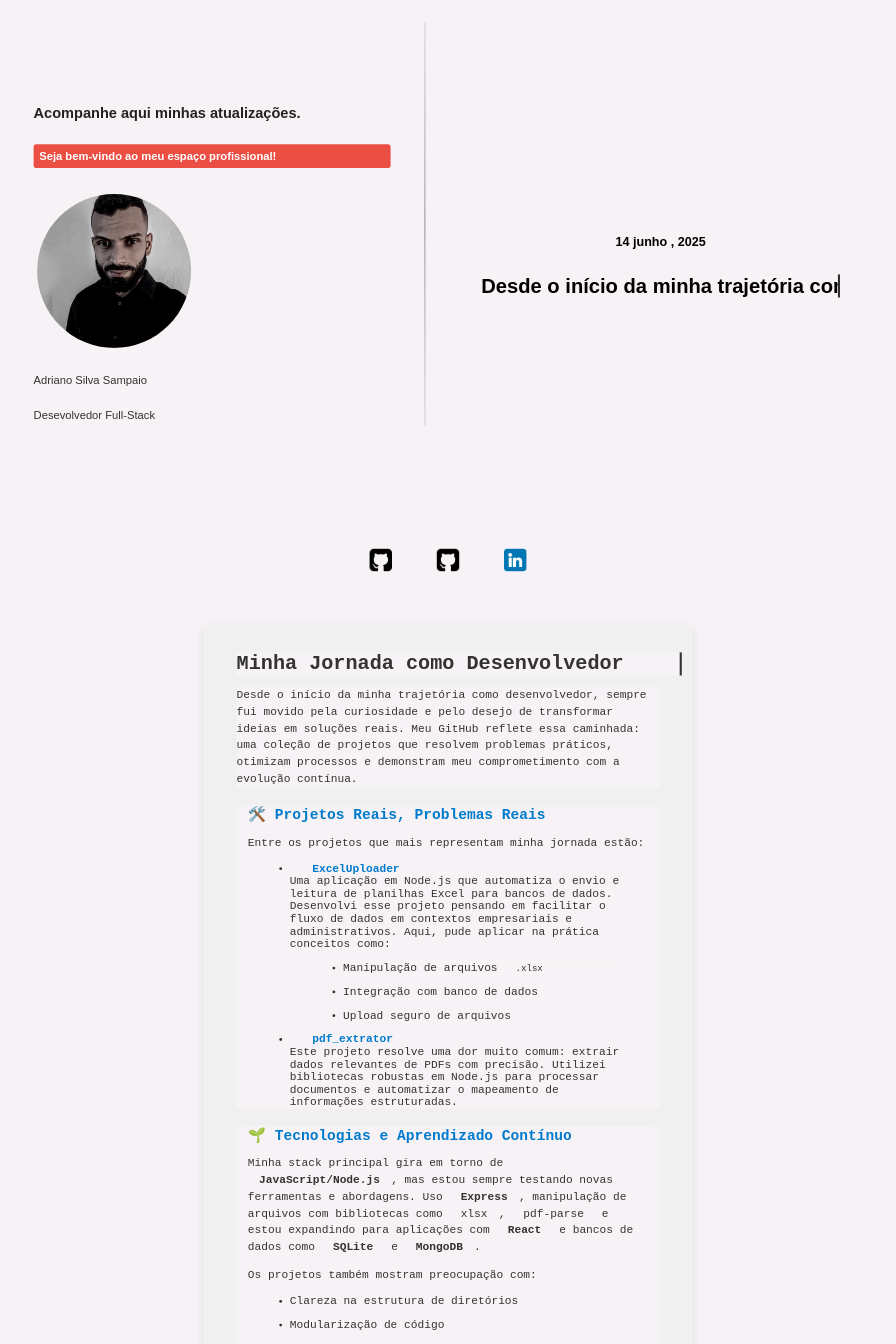
Repository: umdevadriano/portifolio2025
Page: /
An editor plug-in stored every save of this project. The page is shown before and after the next save, followed by the edit.
The browser window is 1280 px wide. The pictures show the part of the page from y = 0 to 1920 px (the page is 2803 px tall), at 70% of full size.
The project was rebuilt for these pictures with package versions that can differ from the ones it lists, and the page was loaded fresh each time. Also part of the build but not shown: vite.config.ts.

Above is the page before, as saved 2025-06-22 20:36:45.

### index.html
<!doctype html>
<html lang="en">
  <head>
    <meta charset="UTF-8" />
    <!-- <link rel="icon" type="image/svg+xml" href="/vite.svg" /> -->
    <meta name="viewport" content="width=device-width, initial-scale=1.0" />
    <title>Adriano Silva Sampaio </title>
  </head>
  <body>
    <div id="root"></div>
    <script type="module" src="/src/main.tsx"></script>
  </body>
</html>

### src/App.tsx
import './App.css'
import ContainerPrincipal from './componentes/containerPrincipal/ContainerPrincipal'
function App() {
  return (
    <>
      <ContainerPrincipal/>
    </>
  )
}

export default App

### src/componentes/containerPrincipal/ContainerPrincipal.tsx
import styled, { createGlobalStyle } from 'styled-components';
import Body from '../Body/Body';
import Footer from '../Footer/Footer';
import RedesSociais from '../redesSociais/redesSociais';
import github from '../redesSociais/github.png';
import linkedin from '../redesSociais/linkedin.png';
import ProfessionalStory from '../ProfessionalStory/ProfessionalStory';

const data = new Date();
const ano = data.getFullYear();
function ContainerPrincipal() {

  const redes = [
    { src: github, link: 'https://github.com/adrianodisam' },
    { src: github, link: 'https://github.com/umdevadriano' },
    { src: linkedin, link: 'https://www.linkedin.com/in/adriano-silva-sampaio/' }
  ];
  const GlobalStyle = createGlobalStyle`
    *, *::before, *::after {
    box-sizing: border-box;
    background-color: #f7f2f6;
    margin: 1rem;
  }

    html, body {
      margin: 0;
      padding: 0;
      overflow-x: hidden;
      width: 100%;
    }
  `;

  const Principal = styled.div`
    display: flex;
    justify-content: center;
    width: 100%;
    height: 100vh;
    font-family: 'Arial', sans-serif;
    overflow: hidden;
    margin: 0;
    padding: 0;

    @media (max-width: 768px) {
      display: flex;
      flex-direction: column;
      justify-items: center;
      justify-content: center;
      align-items: center;
    }


  `;
  return (
    <>
      <GlobalStyle />
      <Principal>
        <Body/>
      </Principal>
      <RedesSociais redes={redes}/>
      <ProfessionalStory/>
      <Footer>Desenvolvimento de Software<br />© {ano} Adriano Silva Sampaio</Footer>
    </>
  )
}
export default ContainerPrincipal

### src/componentes/Body/Body.tsx
import Principal from '../Principal/Principal';
import Title from '../Title/Title';
import Banner from '../Banner/Banner';
import ProfileWrapper from '../ProfileWrapper/ProfileWrapper';
import Profile from '../Profile/Profile';
import Role from '../Role/Role';
import Divider from '../Divider/Divider';
import RightSide from '../RightSide/RightSide';
import DateComponente from '../DateComponente/DateComponente';
import EmDesenvolvimento from '../EmDesenvolvimentoWrapper/EmDesenvolvimentoWrapper ';
const data = new Date();
const dia = String(data.getDate()).padStart(2, '0');
const mes = data.toLocaleString('pt-BR', { month: 'long' });
const ano = data.getFullYear();

function Cabecalho() {
  return (
    <>
      <Principal>
        <Title>Acompanhe aqui minhas atualizações.</Title>
        <Banner>Seja bem-vindo ao meu espaço profissional!</Banner>
        <ProfileWrapper>
          <Profile/>
        </ProfileWrapper>
        <Role> Adriano Silva Sampaio</Role>
        <Role> Desevolvedor  Full-Stack </Role>
      </Principal>
      <Divider />
      <RightSide>
        <DateComponente>{dia}  {mes} , {ano} </DateComponente>
        <EmDesenvolvimento/>
      </RightSide>
    </>
  )
}
export default Cabecalho

### src/componentes/Footer/Footer.tsx
import styled from 'styled-components';

type Props = {
  children: React.ReactNode;
};

function Footer({ children }: Props){

    const FooterP = styled.p`
        font-size: 1rem;
        color: #999;
        /* margin-top: auto; */
    `;
    const FooterDiv = styled.div`
       display: flex;
       justify-content: left;
       align-items: center;
    `;
    return (
        <>
            <FooterDiv>
                <FooterP>{children}</FooterP>
            </FooterDiv>
        </>
    )
}

export default Footer

### src/componentes/redesSociais/redesSociais.tsx
import styled from 'styled-components';

type RedeSocial = {
  src: string;
  link: string;
};

type Props = {
  redes: RedeSocial[];
};

const RedesSociaisDiv = styled.div`
  flex: 1;
  display: flex;
  justify-content: center;
  align-items: center;

  img {
    width: 2rem;
    height: 2rem;
    object-fit: contain;
    transition: transform 0.2s;
  }

  a:hover img {
    transform: scale(1.1);
  }
`;

function RedesSociais({ redes }: Props) {
  return (
    <RedesSociaisDiv>
      {redes.map((rede, index) => (
        <a
          key={index}
          href={rede.link}
          target="_blank"
          rel="noopener noreferrer"
        >
          <img src={rede.src} alt={`Ícone ${index + 1}`} />
        </a>
      ))}
    </RedesSociaisDiv>
  );
}

export default RedesSociais;

### src/componentes/ProfessionalStory/ProfessionalStory.tsx

import styled, { keyframes } from 'styled-components';

const typewriter = keyframes`
  from {
    width: 0;
  }
  to {
    width: 100%;
  }
`;

const blink = keyframes`
  50% {
    border-color: transparent;
  }
`;

const Container = styled.section`
  font-family: 'Courier New', Courier, monospace;
  color: #333;
  background: #f0f0f0;
  padding: 24px 32px;
  max-width: 700px;
  margin: 40px auto;
  border-radius: 8px;
  box-shadow: 0 4px 10px rgba(0,0,0,0.1);
`;

const Title = styled.h1`
  font-size: 1.8rem;
  margin-bottom: 1rem;
  border-right: 3px solid #333;
  white-space: nowrap;
  overflow: hidden;
  width: 18ch;
  animation: ${typewriter} 2.5s steps(18) 1 forwards,
             ${blink} 0.75s step-end infinite;
`;

const Section = styled.div`
  margin-top: 1.6rem;
`;

const SectionTitle = styled.h2`
  font-size: 1.3rem;
  margin-bottom: 0.6rem;
  color: #007acc;
`;

const Paragraph = styled.p`
  font-size: 1rem;
  line-height: 1.5;
  margin-bottom: 1rem;
`;

const List = styled.ul`
  margin-left: 20px;
  margin-bottom: 1rem;
  list-style-type: disc;
`;

const Link = styled.a`
  color: #007acc;
  text-decoration: none;
  font-weight: 600;

  &:hover {
    text-decoration: underline;
  }
`;

export default function ProfessionalStory() {
  return (
    <Container>
      <Title>Minha Jornada como Desenvolvedor</Title>

      <Paragraph>
        Desde o início da minha trajetória como desenvolvedor, sempre fui movido pela curiosidade e pelo desejo de transformar ideias em soluções reais. Meu GitHub reflete essa caminhada: uma coleção de projetos que resolvem problemas práticos, otimizam processos e demonstram meu comprometimento com a evolução contínua.
      </Paragraph>

      <Section>
        <SectionTitle>🛠️ Projetos Reais, Problemas Reais</SectionTitle>
        <Paragraph>Entre os projetos que mais representam minha jornada estão:</Paragraph>

        <List>
          <li>
            <strong>
              <Link href="https://github.com/umdevadriano/ExcelUploader" target="_blank" rel="noopener noreferrer">
                ExcelUploader
              </Link>
            </strong>
            <br />
            Uma aplicação em Node.js que automatiza o envio e leitura de planilhas Excel para bancos de dados. Desenvolvi esse projeto pensando em facilitar o fluxo de dados em contextos empresariais e administrativos. Aqui, pude aplicar na prática conceitos como:
            <List>
              <li>Manipulação de arquivos <code>.xlsx</code></li>
              <li>Integração com banco de dados</li>
              <li>Upload seguro de arquivos</li>
            </List>
          </li>

          <li>
            <strong>
              <Link href="https://github.com/umdevadriano/pdf_extrator" target="_blank" rel="noopener noreferrer">
                pdf_extrator
              </Link>
            </strong>
            <br />
            Este projeto resolve uma dor muito comum: extrair dados relevantes de PDFs com precisão. Utilizei bibliotecas robustas em Node.js para processar documentos e automatizar o mapeamento de informações estruturadas.
          </li>
        </List>
      </Section>

      <Section>
        <SectionTitle>🌱 Tecnologias e Aprendizado Contínuo</SectionTitle>
        <Paragraph>
          Minha stack principal gira em torno de <strong>JavaScript/Node.js</strong>, mas estou sempre testando novas ferramentas e abordagens. Uso <strong>Express</strong>, manipulação de arquivos com bibliotecas como <code>xlsx</code>, <code>pdf-parse</code> e estou expandindo para aplicações com <strong>React</strong> e bancos de dados como <strong>SQLite</strong> e <strong>MongoDB</strong>.
        </Paragraph>
        <Paragraph>Os projetos também mostram preocupação com:</Paragraph>
        <List>
          <li>Clareza na estrutura de diretórios</li>
          <li>Modularização de código</li>
          <li>Reaproveitamento de componentes e funções</li>
        </List>
      </Section>

      <Section>
        <SectionTitle>📈 Padrão de Contribuição</SectionTitle>
        <Paragraph>
          Minha contribuição é pautada na entrega de soluções funcionais e escaláveis. Prefiro projetos que resolvam um problema concreto e que possam ser utilizados no dia a dia. Além disso, sempre que possível, mantenho os repositórios documentados e com instruções claras de uso.
        </Paragraph>
      </Section>

      <Section>
        <SectionTitle>🧩 Favoritos que Me Inspiram</SectionTitle>
        <Paragraph>Além dos meus próprios projetos, mantenho uma seleção de repositórios favoritos com foco em:</Paragraph>
        <List>
          <li>Templates de SaaS</li>
          <li>Boas práticas em React e Node</li>
          <li>Repositórios que ensinam com exemplos práticos</li>
        </List>
        <Paragraph>
          Esses favoritos refletem o que busco constantemente: <strong>evoluir como dev, tanto no back-end quanto no front-end, sem perder o foco na experiência do usuário final.</strong>
        </Paragraph>
      </Section>

      <Section>
        <SectionTitle>🧠 O Que Me Motiva</SectionTitle>
        <Paragraph>
          Gosto de resolver problemas do mundo real. Desde pequenas automações até ferramentas que impactam um processo maior — como controle de gastos em obras — tudo começa com uma ideia e a vontade de fazer melhor. Tenho como meta desenvolver soluções que possam ajudar tanto uma grande construtora quanto alguém construindo sua própria casa.
        </Paragraph>
      </Section>
    </Container>
  );
}

### src/componentes/Principal/Principal.tsx
import styled from 'styled-components';

type Props = {
  children: React.ReactNode;
};

function Principal({ children }: Props){

    const Principal_div = styled.div`
        flex: 1;
        display: flex;
        flex-direction: column;
        justify-content: center;
    `;
    return (
        <>
        <Principal_div>  {children}</Principal_div>
        </>
    )
}

export default Principal

### src/componentes/Title/Title.tsx
import styled from 'styled-components';

type Props = {
  children: React.ReactNode;
};

function Title({ children }: Props){

    const TitleH2 = styled.h2`
        font-size: 1.3rem;
        margin-bottom: 1rem;
        color: #222;

        @media (max-width: 768px) {
          margin-top: 5rem;
        }
  `;
    return (
        <>
        <TitleH2>{children}</TitleH2>
        </>
    )
}

export default Title

### src/componentes/Banner/Banner.tsx
import styled from 'styled-components';

type Props = {
  children: React.ReactNode;
};

function Banner({ children }: Props){

    const BannerDiv = styled.div`
        background-color: #eb4f44;
        color: white;
        padding: 0.5rem;
        font-weight: bold;
        font-size: 16px;
        display: inline-block;
        border-radius: 4px;
    `;
    return (
        <>
        <BannerDiv>{children}</BannerDiv>
        </>
    )
}

export default Banner

### src/componentes/ProfileWrapper/ProfileWrapper.tsx
import styled from 'styled-components';

type Props = {
  children: React.ReactNode;
};

function ProfileWrapper({ children }: Props){

  // Wrapper da imagem com efeito de borda girando
  const ProfileWrapperDiv = styled.div`
    position: relative;
    width: 230px;
    height: 230px;
    display: flex;
    align-items: center;
    margin-top:1rem;
    justify-content: center;
  `;

    return (
        <>
        <ProfileWrapperDiv>{children}</ProfileWrapperDiv>
        </>
    )
}

export default ProfileWrapper

### src/componentes/Profile/Profile.tsx
import styled from 'styled-components';
import foto from '../assets/foto2.png'

function Profile(){

    const ProfileImg = styled.img`
        width: 220px;
        height: 220px;
        border-radius: 50%;
        object-fit: cover;
        background-color: white;
        z-index: 1;
        filter: grayscale(60%) contrast(110%);
        @media (max-width: 768px) {
            width: 200px;
            height: 200px;
        }
        @media (max-width: 480px) {
            width: 200px;
            height: 200px;
        }
    `;
    return (
        <>
        <ProfileImg src={foto} alt="Foto de perfil"></ProfileImg>
        </>
    )
}

export default Profile

### src/componentes/Role/Role.tsx
import styled from 'styled-components';

type Props = {
  children: React.ReactNode;
};

function Role({ children }: Props){
    const RoleP = styled.p`
        font-size: 16px;
        font-weight: 500;
        color: #333;
    `;
    return (
        <>
        <RoleP>{children}</RoleP>
        </>
    )
}
export default Role

### src/componentes/Divider/Divider.tsx
import styled from 'styled-components';

function Divider(){

    const DividerDiv = styled.div`
        width: 2px;
        height: 80%;
        background: linear-gradient(
            to bottom,
            rgba(0, 0, 0, 0.1),
            rgba(0, 0, 0, 0.3),
            rgba(0, 0, 0, 0.1)
        );
        border-radius: 1px;
        position: relative;
        overflow: hidden;
        &::after {
            content: "";
            position: absolute;
            top: 0;
            left: 0;
            width: 100%;
            height: 100%;
            background: linear-gradient(
                to bottom,
                transparent 40%,
                rgba(255, 255, 255, 0.7) 50%,
                transparent 60%
            );
                animation: shine 3.8s linear infinite;
                pointer-events: none;
         }

        @keyframes shine {
            0% {
            transform: translateY(-100%);
            }
            100% {
            transform: translateY(100%);
            }
        }
    `;
    return (
        <>
        <DividerDiv></DividerDiv>
        </>
    )
}

export default Divider

### src/componentes/RightSide/RightSide.tsx
import styled from 'styled-components';
type Props = {
  children: React.ReactNode;
};

function RightSide({ children }: Props){
    const RightSideDiv = styled.div`
        flex: 1;
        padding: 32px;
        display: flex;
        flex-direction: column;
        justify-content: center;
        align-items: center;
    `;

    return (
        <>
        <RightSideDiv>{children}</RightSideDiv>
        </>
    )
}

export default RightSide

### src/componentes/DateComponente/DateComponente.tsx
import styled from 'styled-components';
type Props = {
  children: React.ReactNode;
};
function Date({ children }: Props){
    const DateP = styled.p`
        font-size: 18px;
        font-weight: bold;
        margin-bottom: 12px;
        padding: 0.5rem;
    `;
    return (
        <>
        <DateP>{children}</DateP>
        </>
    )
}
export default Date

### src/componentes/EmDesenvolvimentoWrapper/EmDesenvolvimentoWrapper .tsx
import styled, { keyframes } from 'styled-components';
const texto: string = `Desde o início da minha trajetória como desenvolvedor,
                      sempre fui movido pela curiosidade e pelo desejo de transformar ideias em soluções reais.
                      Meu GitHub reflete essa caminhada: uma coleção de projetos que resolvem problemas práticos,
                        otimizam processos e demonstram meu comprometimento com a evolução contínua.`;

const typewriter = keyframes`
  from {
    width: 0;
  }
  to {
    width: 32ch; // Aqui define o tamanho real
  }
`;

const blink = keyframes`
  50% {
    border-color: transparent;
  }
`;

const Title = styled.h1`
  font-size: 1.8rem;
  margin-bottom: 1rem;
  border-right: 3px solid #333;
  white-space: nowrap;
  overflow: hidden;
  width: 18ch;
  animation: ${typewriter} 2.5s steps(51) 1 forwards,
             ${blink} 0.75s step-end infinite;
`;

function EmDesenvolvimento() {

  return <Title>
    {texto}
  </Title>;
}

export default EmDesenvolvimento;

Loaded but not shown: src/main.tsx (common file); src/App.css (no stored copy; drawn as an empty file); src/index.css (no stored copy; drawn as an empty file)

After the next save:
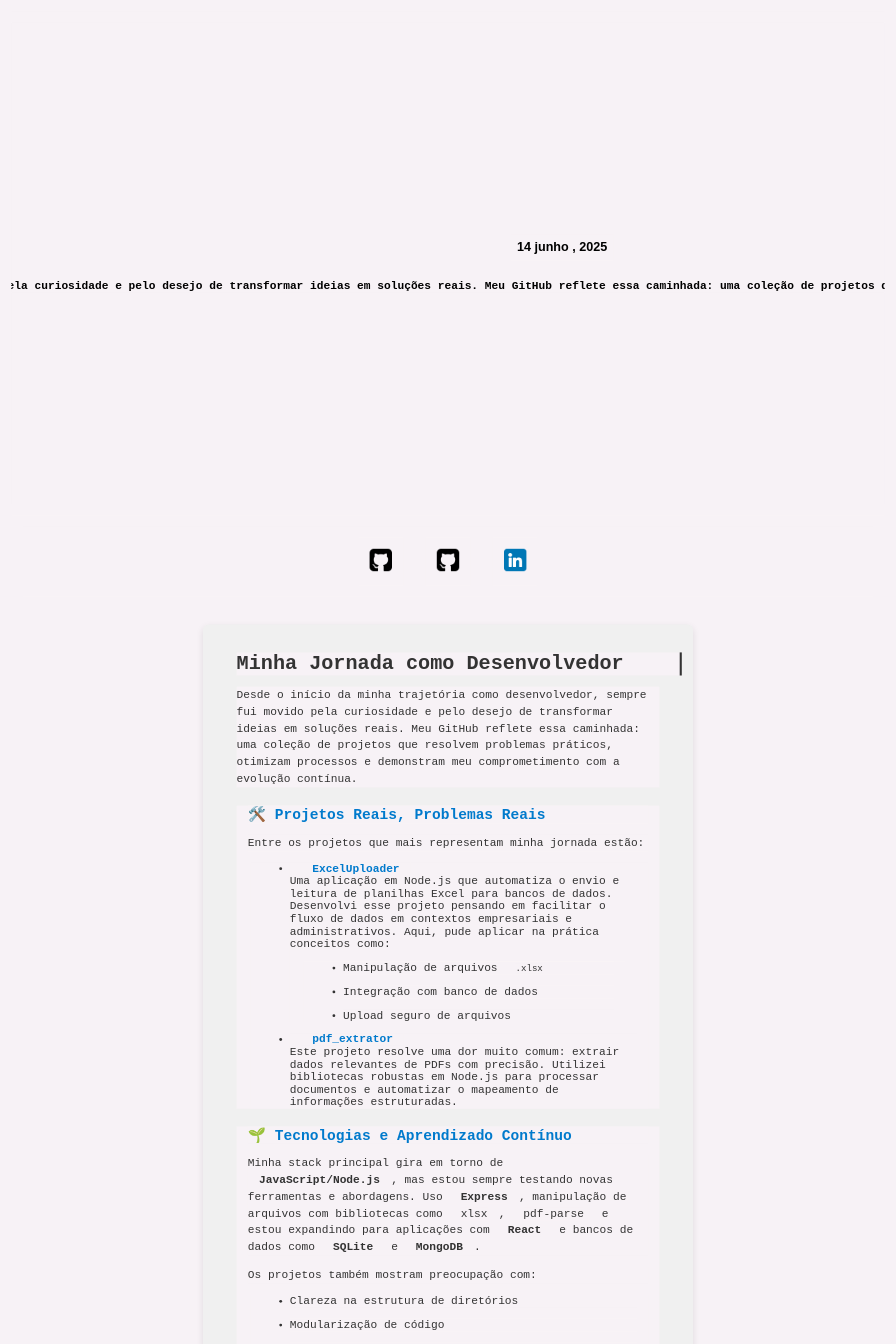
Saved 4 min 57 s later.
--- a/src/componentes/EmDesenvolvimentoWrapper/EmDesenvolvimentoWrapper .tsx
+++ b/src/componentes/EmDesenvolvimentoWrapper/EmDesenvolvimentoWrapper .tsx
@@ -1,17 +1,5 @@
+
 import styled, { keyframes } from 'styled-components';
-const texto: string = `Desde o início da minha trajetória como desenvolvedor,
-                      sempre fui movido pela curiosidade e pelo desejo de transformar ideias em soluções reais.
-                      Meu GitHub reflete essa caminhada: uma coleção de projetos que resolvem problemas práticos,
-                        otimizam processos e demonstram meu comprometimento com a evolução contínua.`;
-
-const typewriter = keyframes`
-  from {
-    width: 0;
-  }
-  to {
-    width: 32ch; // Aqui define o tamanho real
-  }
-`;
 
 const blink = keyframes`
   50% {
@@ -19,22 +7,31 @@ const blink = keyframes`
   }
 `;
 
-const Title = styled.h1`
-  font-size: 1.8rem;
+const createTypewriter = (length: number) => keyframes`
+  from {
+    width: 0;
+  }
+  to {
+    width: ${length}ch;
+  }
+`;
+
+const Title = styled.h1<{ length: number }>`
+  font-size: 1rem;
   margin-bottom: 1rem;
-  border-right: 3px solid #333;
+  border-right: 2px solid #333;
   white-space: nowrap;
   overflow: hidden;
-  width: 18ch;
-  animation: ${typewriter} 2.5s steps(51) 1 forwards,
+  width: ${(props) => props.length}ch;
+  animation: ${(props) => createTypewriter(props.length)} 4s steps(${(props) => props.length}) 1 forwards,
              ${blink} 0.75s step-end infinite;
+  font-family: 'Courier New', Courier, monospace;
 `;
 
+const texto = `Desde o início da minha trajetória como desenvolvedor, sempre fui movido pela curiosidade e pelo desejo de transformar ideias em soluções reais. Meu GitHub reflete essa caminhada: uma coleção de projetos que resolvem problemas práticos, otimizam processos e demonstram meu comprometimento com a evolução contínua.`;
+
 function EmDesenvolvimento() {
-
-  return <Title>
-    {texto}
-  </Title>;
+  return <Title length={texto.length}>{texto}</Title>;
 }
 
 export default EmDesenvolvimento;
